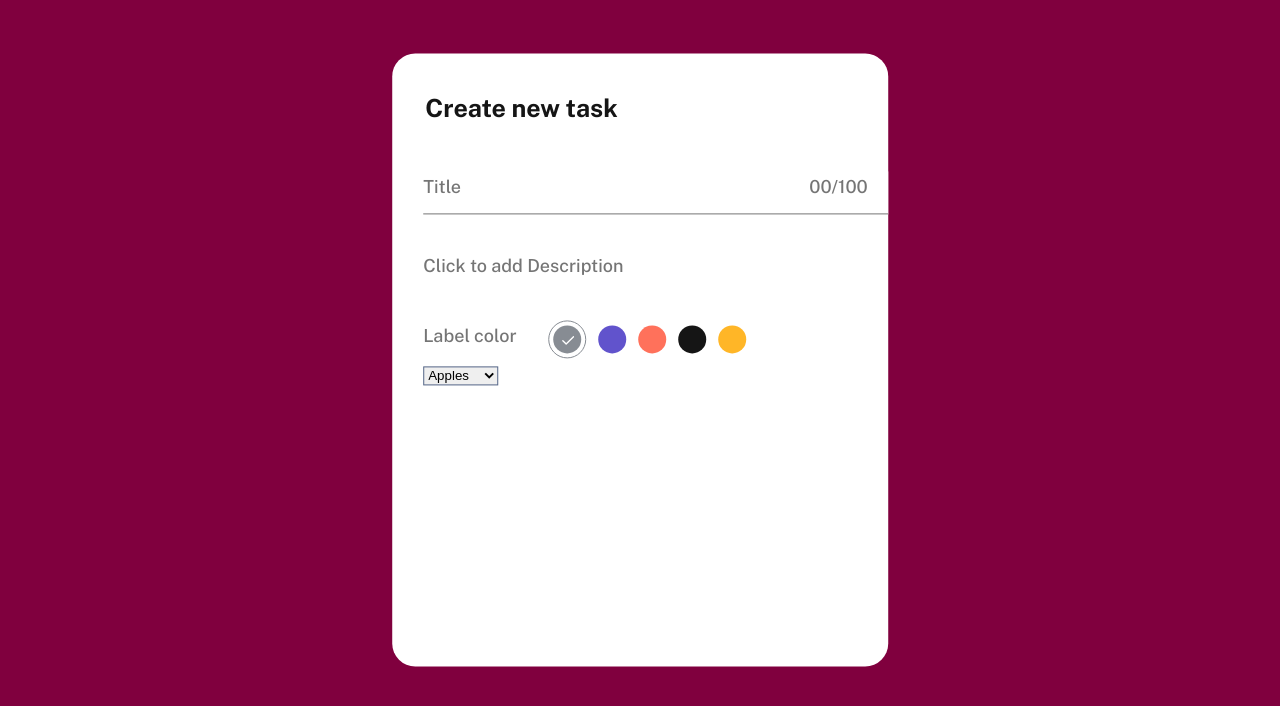
Repository: MorgunovaAlexandra/verstka-form
Page: index.html
An editor plug-in stored every save of this project. The page is shown before and after a run of saves, followed by the edit.
The browser window is 1280 px wide. The pictures show the whole page.
The style sheet was rebuilt from its Sass, Less or Tailwind sources for each picture, by a compiler version that may differ from the author's.

Above is the page before, as saved 2022-06-24 13:38:31.

After the next 3 saves:
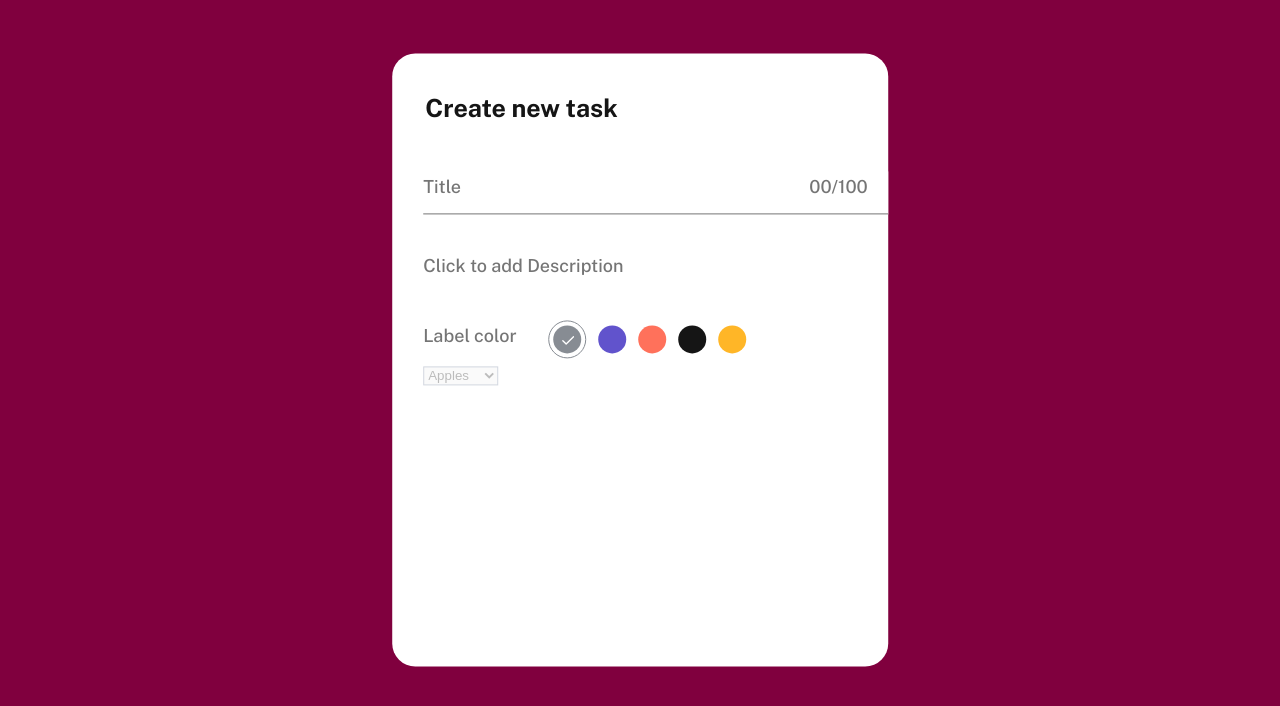
The 3 saves are shown as one change because 1 did not build or start and some came seconds apart.
The last was saved 18 s later.
--- a/scss/style.scss
+++ b/scss/style.scss
@@ -116,4 +116,5 @@ margin-right: 32px;
 }
 .select{
     border: 1px solid #566789;
+    opacity: 26%;
 }
